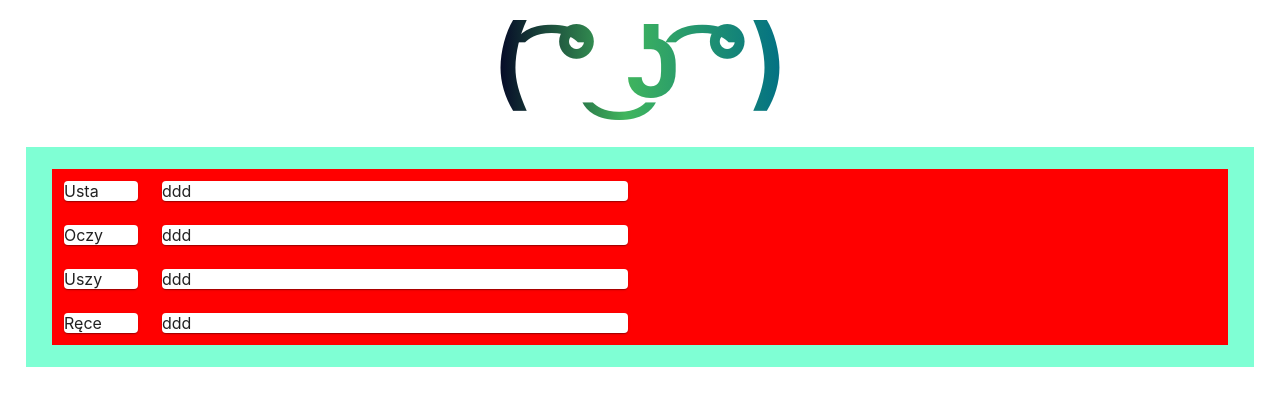
Repository: ogigg/react-Lenny-generator
Page: / (app in lenny-generator/)
These files come from the project's save history. The page is drawn as it stood at one moment and after the next save; the edit follows.
The browser window is 1280 px wide. The pictures show the whole page.
The project was rebuilt for these pictures with package versions that can differ from the ones it lists, and the page was loaded fresh each time.

Above is the page before, as saved 2019-12-12 16:09:41.

### lenny-generator/src/App.js
import React, { Component } from "react";
import Button from "@material-ui/core/Button"
import './App.css';
import Lenny from './lennyComponent'
import Paper from '@material-ui/core/Paper';
import Grid from '@material-ui/core/Grid';


class App extends Component {
  constructor(props) {
    super(props);
    this.state = {
      lennyFace : "( ͡° ͜ʖ ͡°)"
    };
  }
  render(){
  return (
    <div>
      <Lenny lenny={this.state.lennyFace}/>
      <div className="menu-wrapper">
        <Grid container spacing={3} className = "menu">
          <Grid container item spacing={3}>
            <Grid item xs={1}>
              <Paper>Usta</Paper>
            </Grid>
            <Grid item xs={5}>
              <Paper>ddd</Paper>
            </Grid>
          </Grid>
          <Grid container item spacing={3}>
            <Grid item xs={1}>
              <Paper>Oczy</Paper>
            </Grid>
            <Grid item xs={5}>
              <Paper>ddd</Paper>
            </Grid>
          </Grid>
          <Grid container item spacing={3}>
            <Grid item xs={1}>
              <Paper>Uszy</Paper>
            </Grid>
            <Grid item xs={5}>
              <Paper>ddd</Paper>
            </Grid>
          </Grid>
          <Grid container item spacing={3}>
            <Grid item xs={1}>
              <Paper>Ręce</Paper>
            </Grid>
            <Grid item xs={5}>
              <Paper>ddd</Paper>
            </Grid>
          </Grid>
        </Grid>
      </div>
    </div>

  );
  }
}

export default App;

### lenny-generator/src/App.css
.menu-wrapper{
  background-color: aquamarine;
  height: 20vh;
  align-self: center;
  display: flex;
  align-items: center;
  justify-content: center;
  margin: 2%;
  padding: 3%;
}

.menu{
  background-color: red;
  justify-content: center;
  align-items: center;
  display: flex;
}

### lenny-generator/src/lennyComponent.jsx
import React, { Component } from 'react';
import './lennyComponent.css'

class Lenny extends Component {
    constructor(props) {
        super(props);
    }

  render() {
    return(
        <div className="lenny-wrapper">
            <div className="lenny">
                {this.props.lenny}
            </div>
        </div>
    );
  }
}




export default Lenny; // Don’t forget to use export default!

### lenny-generator/src/lennyComponent.css
.lenny{
    font-size: 100px;
    background: rgb(2,0,36);
    background: linear-gradient(90deg, rgba(2,0,36,1) 0%, rgba(64,181,93,1) 45%, rgba(0,110,133,1) 100%);
    -webkit-background-clip: text;
    -webkit-text-fill-color: transparent;
    display: flex;
    justify-content: center;
    font-weight: bold;
}

.lenny-wrapper{
    display: flex;
    justify-content: center;
    /* disable selection */
    -webkit-user-select: none;
    -moz-user-select: none;
    -ms-user-select: none;
    user-select: none;
}

Loaded but not shown: lenny-generator/public/index.html (common file); lenny-generator/src/index.js (common file); lenny-generator/src/index.css (common file); lenny-generator/src/serviceWorker.js (common file)

After the next save:
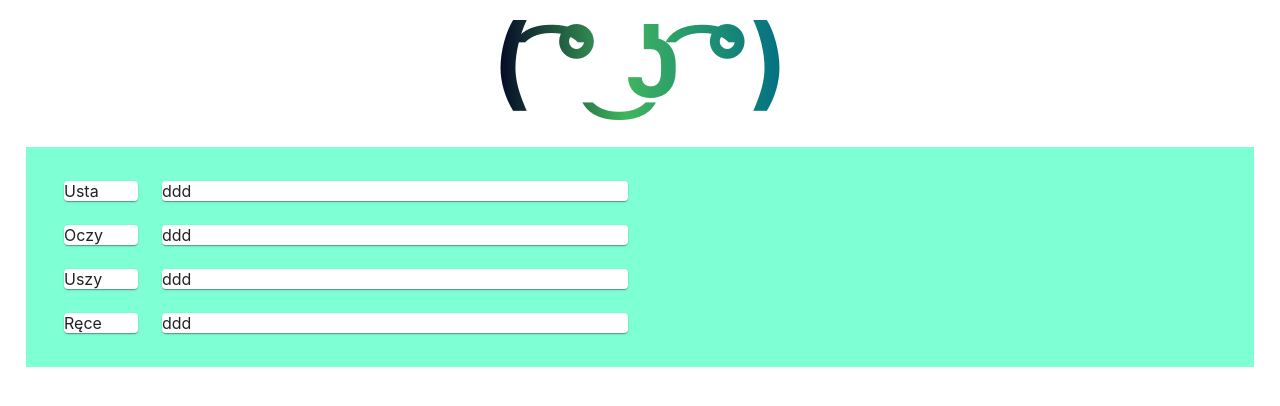
Saved 33 s later.
--- a/lenny-generator/src/App.js
+++ b/lenny-generator/src/App.js
@@ -18,7 +18,7 @@
     <div>
       <Lenny lenny={this.state.lennyFace}/>
       <div className="menu-wrapper">
-        <Grid container spacing={3} className = "menu">
+        <Grid container spacing={3} alignItems={'center'}>
           <Grid container item spacing={3}>
             <Grid item xs={1}>
               <Paper>Usta</Paper>
